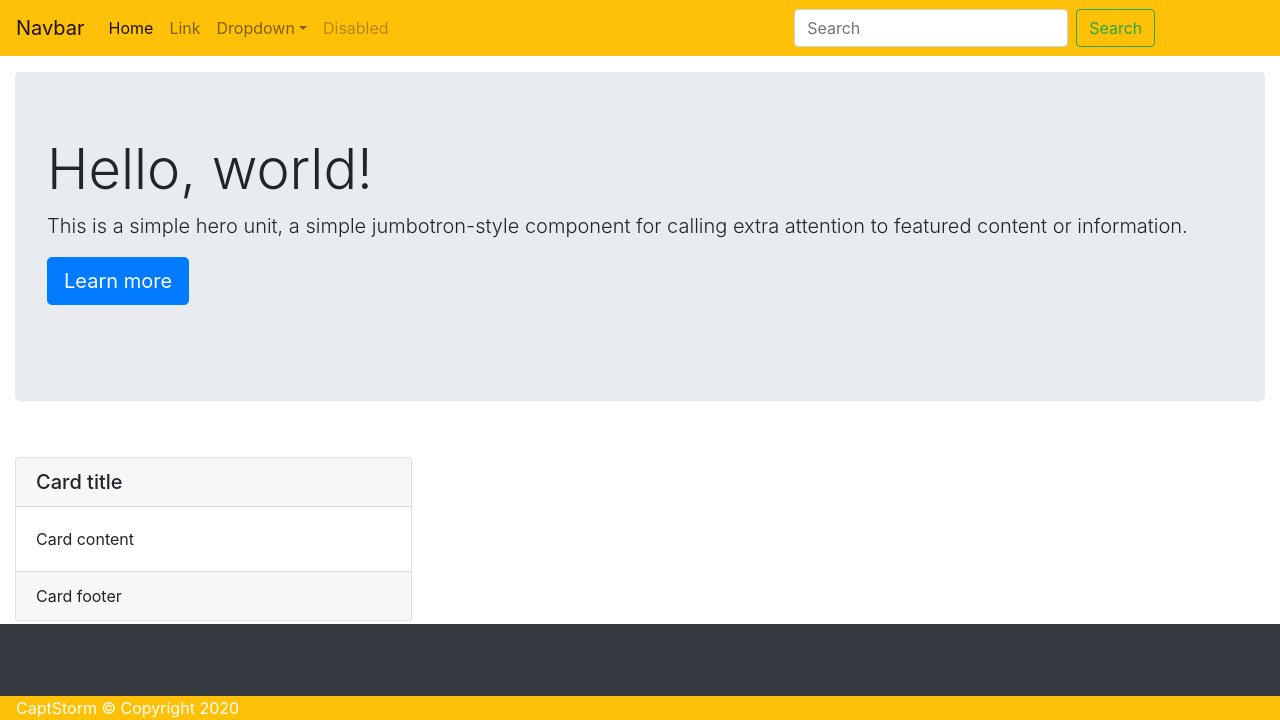
Repository: CaptainStorm21/complete-react16-bootstrap-passing-props
Page: /
The author's editor kept a copy of each file at every save. The page is drawn from the files as they stood at one save, then again after a run of saves.
The browser window is 1280 px wide. The pictures show the whole page.
The project was rebuilt for these pictures with package versions that can differ from the ones it lists, and the page was loaded fresh each time.

Above is the page before, as saved 2020-04-23 14:20:21.

After the next 2 saves:
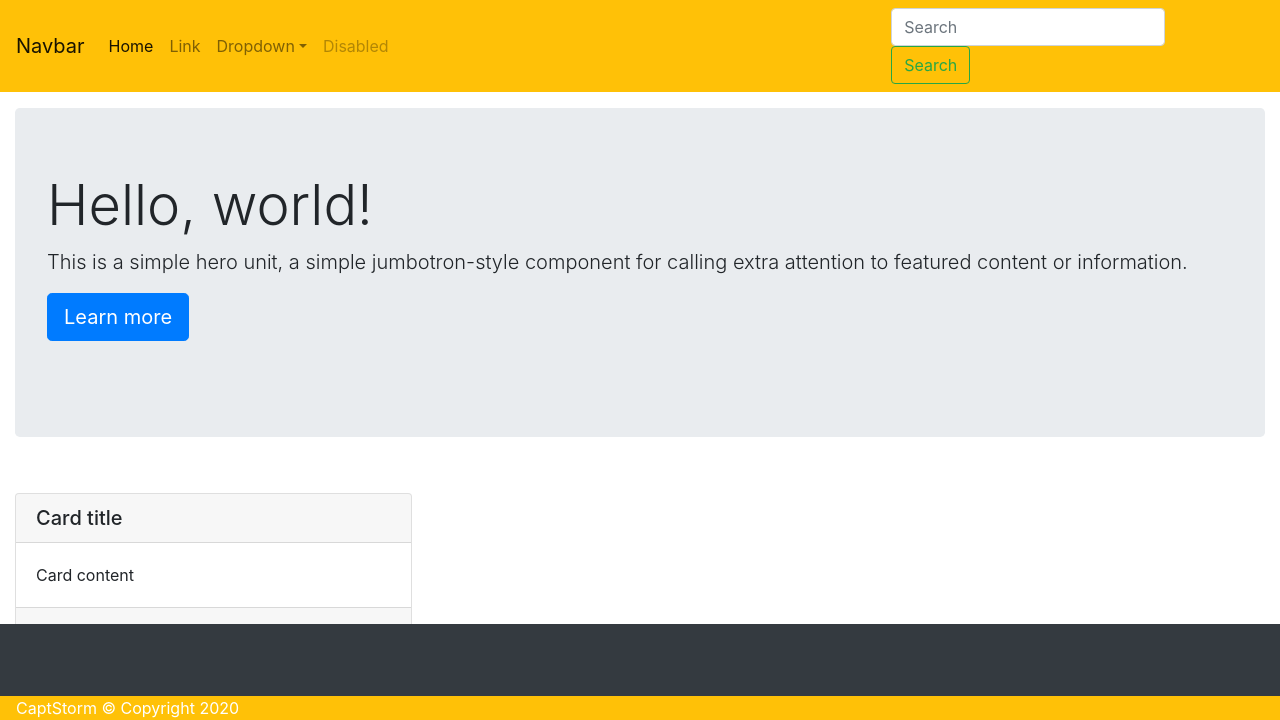
The 2 saves are shown as one change because they came seconds apart.
The last was saved 7 s later.
--- a/src/components/layout/Navbar.js
+++ b/src/components/layout/Navbar.js
@@ -32,7 +32,7 @@ function Navbar() {
               <a className="nav-link disabled" href="/">Disabled</a>
             </li>
           </ul>
-          <div className = "col-5">
+          <div className = "col-4">
           <form className="form-inline my-2 my-lg-0 pull-right ">
             <input className="form-control mr-sm-2" type="search" placeholder="Search" aria-label="Search" />
             <button className="btn btn-outline-success my-2 my-sm-0" type="submit">Search</button>
